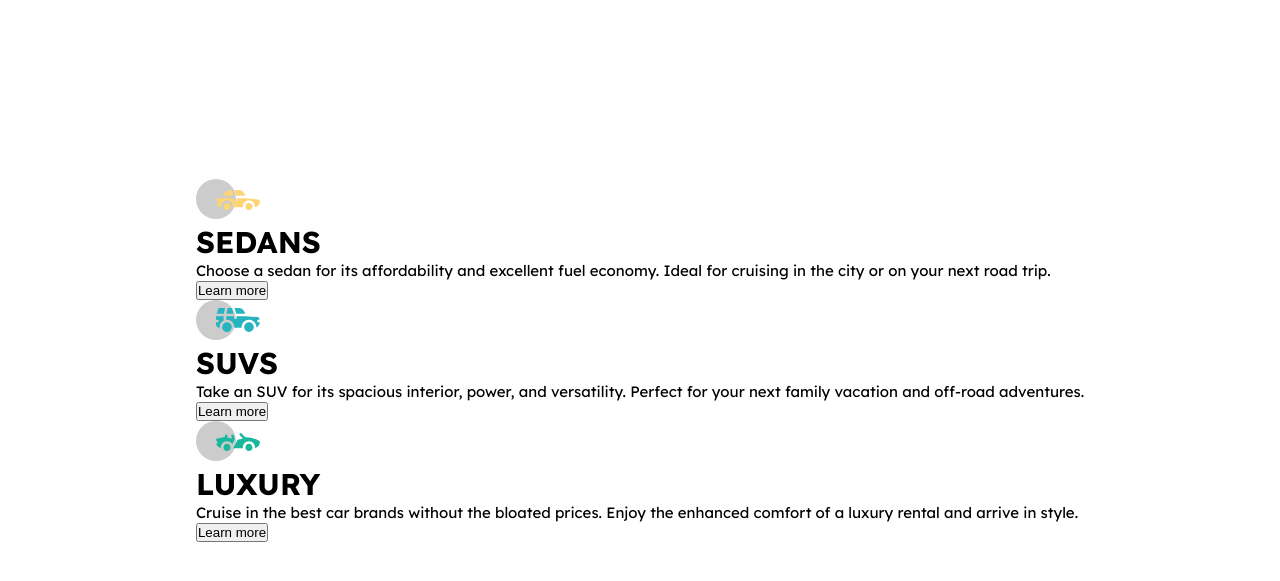
Repository: Pawan-pediredla/frontend-mentors
Page: 3-column-preview-card-component/3-column-preview-card-component-main/markup/index.html
These files come from the project's save history. The page is drawn as it stood at one moment and after the next save; the edit follows.
The browser window is 1280 px wide. The pictures show the whole page.

Above is the page before, as saved 2024-06-22 12:59:17.

### 3-column-preview-card-component/3-column-preview-card-component-main/markup/index.html
<!DOCTYPE html>
<html lang="en">
<head>
  <meta charset="UTF-8">
  <meta name="viewport" content="width=device-width, initial-scale=1.0"> <!-- displays site properly based on user's device -->

  <link rel="icon" type="image/png" sizes="32x32" href="./images/favicon-32x32.png">

  <title>Frontend Mentor | 3-column preview card component</title>

<link rel="stylesheet" href="../styling/index.css"/>
</head>
<body>
  <main>
  <div class="container"><div class="box" id="sedans">
    <img src="../images/icon-sedans.svg" alt="sedans-img"/>
    <h1>SEDANS</h1>
    <p>
      Choose a sedan for its affordability and excellent fuel economy. Ideal for cruising in the city
        or on your next road trip.
    </p>
<button class="sedandsb">Learn more</button>
  </div>
  <div class="box" id="suvs">
    <img src="../images/icon-suvs.svg" alt="suvs-img"/>
    <h1>
      SUVS
    </h1>
    <p>Take an SUV for its spacious interior, power, and versatility. Perfect for your next family vacation
      and off-road adventures.

    </p>
    <button class="suvsb">
Learn more
    </button>
  </div>
  <div class="box" id="luxury">
    <img src="../images/icon-luxury.svg" alt="luxury-img"/>
    <h1>LUXURY</h1>
    <p>
      Cruise in the best car brands without the bloated prices. Enjoy the enhanced comfort of a luxury
        rental and arrive in style.
    </p>
    <button class="luxuryb">
Learn more
    </button>
  </div></div>
  </main>
</body>
</html>

### 3-column-preview-card-component/3-column-preview-card-component-main/styling/index.css
@import url('https://fonts.googleapis.com/css2?family=Lexend+Deca:wght@100..900&display=swap');

@font-face {
    font-family: 'Big Shoulder Display';
    src: url(./assets/fonts/Big_Shoulders_Display/BigShouldersDisplay-VariableFont_wght.ttf);
}
:root {


    --Bright-orange: hsl(31, 77%, 52%);
    --Dark-cyan: hsl(184, 100%, 22%);
    --Very-dark-cyan: hsl(179, 100%, 13%);


    --Transparent-white-paragraphs: hsla(0, 0%, 100%, 0.75);
    --Very-light-gray-background-headings-buttons: hsl(0, 0%, 95%);
}

.attribution { font-size: 11px; text-align: center; }
    .attribution a { color: hsl(228, 45%, 44%); }

    *{
        margin: 0;
        padding: 0;
    }
body{
    font-family:  'Lexend Deca', sans-serif;
    font-size: 15px;
    height: 100vh;
    display: flex;
    align-items: center;
    justify-content: center;
}

After the next save:
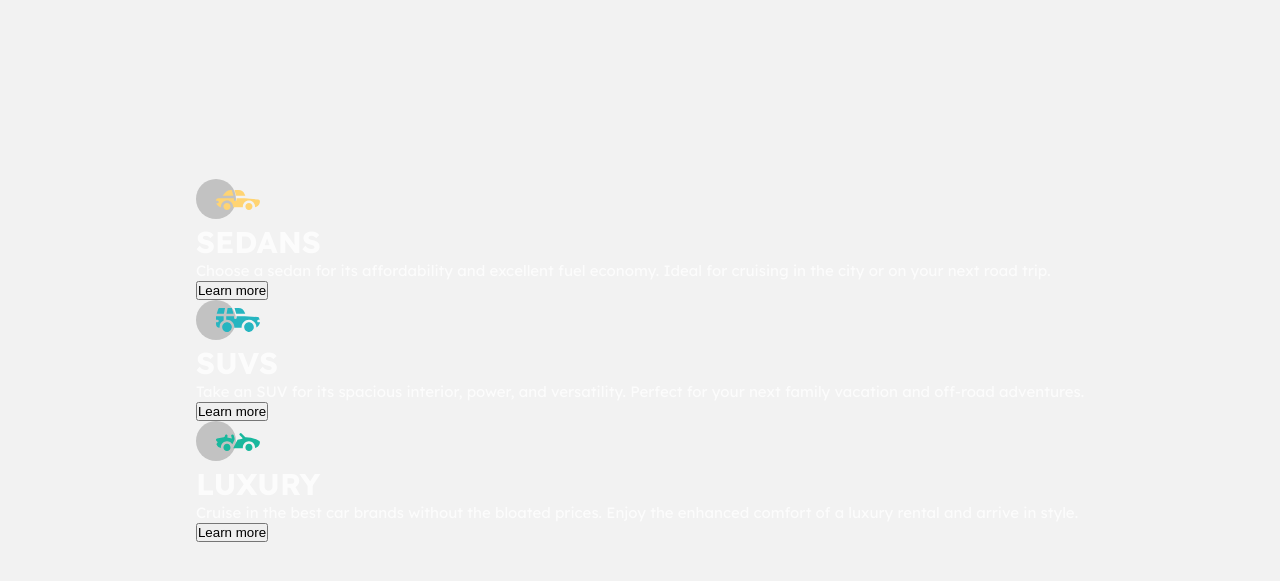
Saved 15 s later.
--- a/3-column-preview-card-component/3-column-preview-card-component-main/styling/index.css
+++ b/3-column-preview-card-component/3-column-preview-card-component-main/styling/index.css
@@ -30,4 +30,6 @@
     display: flex;
     align-items: center;
     justify-content: center;
+    color: var(--Transparent-white-paragraphs);
+    background-color: var(--Very-light-gray-background-headings-buttons);
 }
